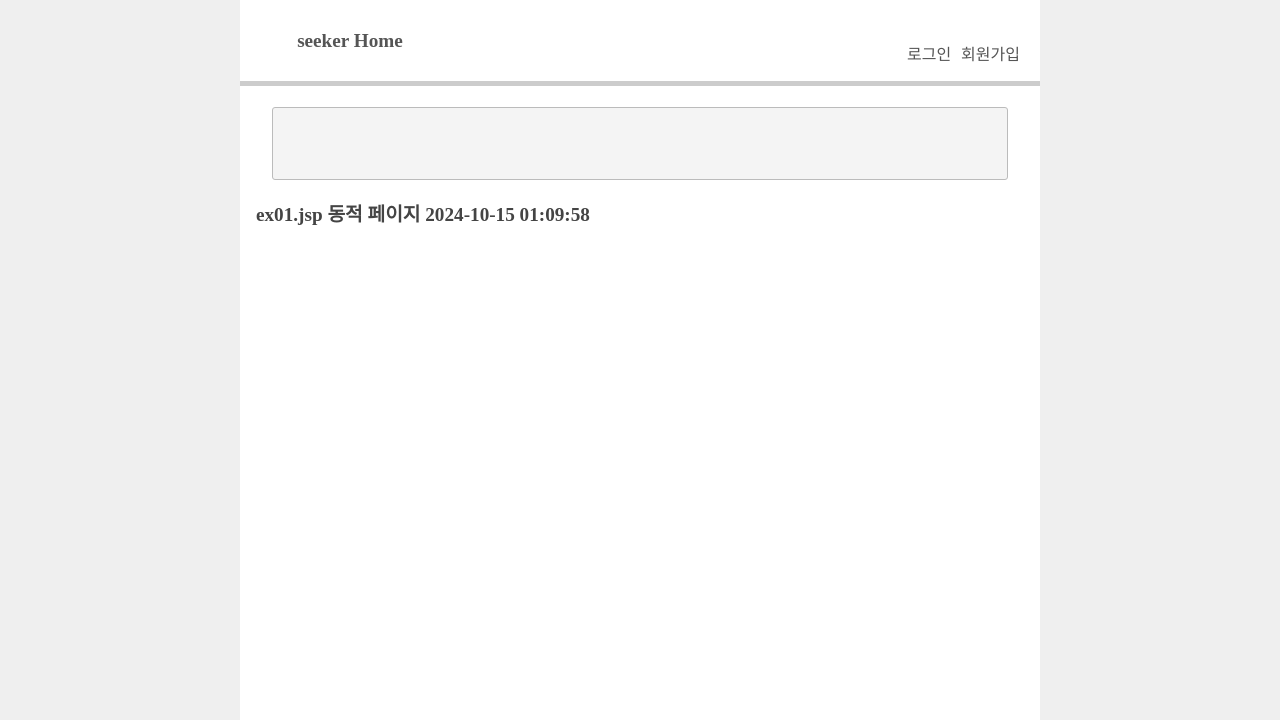
Repository: Seeker2250/JspTest
Page: http://localhost/jspPro/days01/ex01.jsp
An editor plug-in stored every save of this project. The page is shown before and after the next save, followed by the edit.
The browser window is 1280 px wide. The pictures show the whole page.
Some web fonts or font styles are not loaded; a fallback is used. The page is served by Tomcat 9. Other server files are loaded and not shown.

Above is the page before, as saved 2024-10-15 02:43:14.

### jspPro/src/main/webapp/days01/ex01.jsp
<%@page import="java.text.DateFormat"%>
<%@page import="java.text.SimpleDateFormat"%>
<%@page import="java.util.Date"%>
<%@ page language="java" contentType="text/html; charset=UTF-8"
    pageEncoding="UTF-8"%>
<%
	//scriptlet
	//java 코딩.

	String pattern = "yyyy-MM-dd hh:mm:ss";
	DateFormat dateFormat = new SimpleDateFormat(pattern);
	Date now = new Date();
	String strNow = dateFormat.format(now);
    //System.out.println("Date is " + strNow);
%>
<!DOCTYPE html>
<html>
<head>
<meta charset="UTF-8">
<title>Insert title here</title>
<link rel="shortcut icon" type="image/x-icon" href="http://localhost/jspPro/images/SiSt.ico">
<script src="https://ajax.googleapis.com/ajax/libs/jquery/3.7.1/jquery.min.js"></script>
<meta name="viewport" content="width=device-width, initial-scale=1.0">
<link rel="stylesheet" href="http://localhost/jspPro/resources/cdn-main/example.css">
<script src="http://localhost/jspPro/resources/cdn-main/example.js"></script>
<style>
 span.material-symbols-outlined{
    vertical-align: text-bottom;
 }
</style>
</head>
<body>
<header>
  <h1 class="main"><a href="#" style="position: absolute;top:30px;">seeker Home</a></h1>
  <ul>
    <li><a href="#">로그인</a></li>
    <li><a href="#">회원가입</a></li>
  </ul>
</header>
<div>
 <xmp class="code">

  </xmp>
  <h3>ex01.jsp 동적 페이지 <%= strNow %></h3>
</div>
</body>
</html>

### jspPro/src/main/webapp/resources/cdn-main/example.css
@charset "UTF-8";

@import url('https://fonts.googleapis.com/css2?family=Material+Symbols+Outlined:opsz,wght,FILL,GRAD@20..48,100..700,0..1,-50..200');

@font-face {
    font-family: 'GmarketSansMedium';
    src: url('https://cdn.jsdelivr.net/gh/projectnoonnu/noonfonts_2001@1.1/GmarketSansMedium.woff') format('woff');
    font-weight: normal;
    font-style: normal;
}

:root {
	--text-color: #555;
	--sub-text-color: #777;
	--back-color: #EFEFEF;
	--header-color: #444;
	--primary-color: #DEDEDE;
	--secondary-color: #EFEFEF;
	--default-width: 800px;
	--narrow-width: 500px;
	--wide-width: 1200px;
	--text-font: 'GmarketSansMedium';
	--icon-font: 'Material Symbols Outlined';
	--border-color: #CCC;
}

html, body {
	margin: 0;
	padding: 0;
}

html {
	background-color: var(--back-color);
	display: flex;
	justify-content: center;
	min-height: 100vh;
}

body, body.default {
	width: var(--default-width);
	background-color: white;
	padding-bottom: 120px;
}

body.wide {
	width: var(--wide-width);
}

body.narrow {
	width: var(--narrow-width);
}



body, p, div, span, a, input, select, option, textarea, button, table, th, td, label, fieldset, legend {
	font-family: var(--text-font);
	color: var(--text-color);
}

h1, h2, h3 {
	font-family: var(--text-font);
	color: var(--header-color);
	padding: 0 1rem;
	padding-top: .5rem;
}

div > h1, div > h2, div > h3 {
	padding: 0;
}

body > div, body > main > div {
	padding: 0.3rem 1rem;
}


h1 { font-size: 2rem; border-bottom: 1px solid var(--border-color); }
h1 small { font-size: 1.2rem; color: var(--sub-text-color); }
h2 { font-size: 1.5rem; border-bottom: 1px dashed var(--border-color); }
h2 small { font-size: 1.1rem; color: --sub-text-color; }
h3 { font-size: 1.2rem; }
h3 small { font-size: 1rem; color: --sub-text-color; }



h1.main::before {
	font-family: var(--icon-font);
  	content: '\e666';
  	margin-right: 10px;
  	float: left;
	font-size: 2.5rem;
}

h1.sub::before {
	font-family: var(--icon-font);
  	content: '\ea19';
  	margin-right: 10px;
  	float: left;
	font-size: 2.5rem;
}


h1.page::before {
	font-family: var(--icon-font);
  	content: '\e0e0';
  	margin-right: 10px;
  	float: left;
	font-size: 2.5rem;
}

body > header > ul > li > .active{
	background-color: #FFF;
	color:#F00;
}

body > header {
	display: flex;
	justify-content: space-between;
	border-bottom: 5px solid var(--border-color);
	min-height: 74px;
	background-color: #FFF;
}

body > header.sticky {
	position: sticky;
	top: 0;
	z-index: 98;
}

body > header > h1 {
	font-size: 1.2rem;
	border: 0;
}

body > header.in > h1::before {
	font-family: var(--icon-font);
  	content: '\e332‥';
  	margin-right: 3px;
  	float: left;
	font-size: 2rem;
}


body > header > ul {
	list-style-type: none;
	display: flex;
	align-items: flex-end;
	margin-right: 10px;
}

body > header > ul > li {
	margin-right: 10px;
	cursor: pointer;
}

body > header > ul > li > a {
	cursor: pointer;
}


form {
	display: block;
}

form > div {
	padding: 0.3rem 1rem;
}

div > form > div {
	padding: 0.3rem 0;
}

input, textarea, button, select {
	border: 1px solid #BBB;
	border-radius: 3px;
	outline: none;
	resize: none;
	padding: 7px;
	margin: 0;
}

input[type=text]:read-only, textarea:read-only {
	cursor: not-allowed;
	background-color: #FFF;
}

input[type=text]:disabled, textarea:disabled {
	cursor: not-allowed;
	background-color: #EEE;
}

input[type=text], input[type=password], textarea, button, select {
	/* width: 300px; */
}

textarea {
	display: block;
	height: 100px;
}

input[type=button], input[type=submit], button {
	/* width: inherit; */
}

input.short, textarea.short, button.short, select.short {
	width: 100px;
}

input.long, textarea.long, button.long, select.long {
	width: 350px;
}

.narrow input.long, .narrow textarea.long, .narrow button.long, .narrow select.long {
	width: calc(100% - 20px);
}

input.full, textarea.full, button.full, select.full {
	width: calc(100% - 20px);
}

textarea.short {
	height: 50px;
}

textarea.long {
	height: 100px;
}

textarea.full {
	height: 200px;
}

input, textarea {
	padding-top: 8px;
}

input[type=button], input[type=submit], button {
	padding: 5px 10px;
	background-color: var(--secondary-color);
	cursor: pointer;
	min-height: 36px;
}

input[type=button].primary, input[type=submit].primary, button.primary {
	/* background-color: rgba(100, 149, 237, .2); */
	background-color: var(--primary-color);
}

input[type=button].primary:hover, input[type=submit].primary:hover, button.primary:hover {
	/* background-color: rgba(100, 149, 237, .3); */
	background-color: var(--secondary-color);
}

input[type=button]:hover, input[type=submit]:hover, button:hover {
	background-color: var(--primary-color);
}

button {
	position: relative;
	left: 0;
	top: 0;
	padding-left: 35px;
}

button .material-symbols-outlined {
	position: absolute;
	left: 10px;
	top: 4px;
}

/* k2nik add */
button.login::before {
	font-family: var(--icon-font);
  	content: '\ea77';
	position: absolute;
	left: 11px;
	top: 4px;
	font-size: 1.25rem;
}

/* k2nik logout */
button.logout::before {
	font-family: var(--icon-font);
  	content: '\e9ba';
	position: absolute;
	left: 11px;
	top: 4px;
	font-size: 1.25rem;
}

/* k2nik help */
button.help::before {
	font-family: var(--icon-font);
  	content: '\f1c0';
	position: absolute;
	left: 11px;
	top: 4px;
	font-size: 1.25rem;
}

button.add::before{
	font-family: var(--icon-font);
  	content: '\e746';
	position: absolute;
	left: 11px;
	top: 4px;
	font-size: 1.25rem;
}

button.back::before {
	font-family: var(--icon-font);
  	content: '\e166';
	position: absolute;
	left: 11px;
	top: 4px;
	font-size: 1.25rem;
}

button.list::before {
	font-family: var(--icon-font);
  	content: '\e0ee';
	position: absolute;
	left: 11px;
	top: 4px;
	font-size: 1.25rem;
}


button.del::before {
	font-family: var(--icon-font);
  	content: '\e872';
	position: absolute;
	left: 11px;
	top: 4px;
	font-size: 1.25rem;
}


button.edit::before {
	font-family: var(--icon-font);
  	content: '\e745';
	position: absolute;
	left: 11px;
	top: 4px;
	font-size: 1.25rem;
}


button.login::before {
	font-family: var(--icon-font);
  	content: '\ea77';
	position: absolute;
	left: 11px;
	top: 4px;
	font-size: 1.25rem;
}


button.logout::before {
	font-family: var(--icon-font);
  	content: '\e9ba';
	position: absolute;
	left: 11px;
	top: 4px;
	font-size: 1.25rem;
}


button.in::before {
	font-family: var(--icon-font);
  	content: '\f71a';
	position: absolute;
	left: 11px;
	top: 4px;
	font-size: 1.25rem;
}


button.out::before {
	font-family: var(--icon-font);
  	content: '\f70e';
	position: absolute;
	left: 11px;
	top: 4px;
	font-size: 1.25rem;
}


button.reply::before {
	font-family: var(--icon-font);
  	content: '\e15e';
	position: absolute;
	left: 11px;
	top: 4px;
	font-size: 1.25rem;
}


button.comment::before {
	font-family: var(--icon-font);
  	content: '\e0b9';
	position: absolute;
	left: 11px;
	top: 4px;
	font-size: 1.25rem;
}


button.modal::before {
	font-family: var(--icon-font);
  	content: '\e89e';
	position: absolute;
	left: 11px;
	top: 4px;
	font-size: 1.25rem;
}


button.ok::before {
	font-family: var(--icon-font);
  	content: '\e86c';
	position: absolute;
	left: 11px;
	top: 4px;
	font-size: 1.25rem;
}


button.cancel::before {
	font-family: var(--icon-font);
  	content: '\e5c9';
	position: absolute;
	left: 11px;
	top: 4px;
	font-size: 1.25rem;
}

button.search::before {
	font-family: var(--icon-font);
  	content: '\e8b6';
	position: absolute;
	left: 11px;
	top: 4px;
	font-size: 1.25rem;
}

button.home::before {
	font-family: var(--icon-font);
  	content: '\e88a';
	position: absolute;
	left: 11px;
	top: 4px;
	font-size: 1.25rem;
}


button.sidebar::before {
	font-family: var(--icon-font);
  	content: '\f7e4';
	position: absolute;
	left: 11px;
	top: 4px;
	font-size: 1.25rem;
}


button.sidebar-right::before {
	font-family: var(--icon-font);
  	content: '\f7e5';
	position: absolute;
	left: 11px;
	top: 4px;
	font-size: 1.25rem;
}




button::before {
	font-family: var(--icon-font);
  	content: '\e323';
	position: absolute;
	left: 11px;
	top: 4px;
	font-size: 1.25rem;
}


table {
	border-collapse: collapse;
	margin: 1rem;
	box-sizing: border-box;
	width: calc(100% - 32px);
}

table.content {
	width: auto;
}

div > table {
	margin: 0;
}

table th, table td {
	border: 1px solid var(--border-color);
	padding: 7px;
	font-weight: normal;
}

table th {
	background-color: var(--back-color);
}

table.vertical th {
	width: 150px;
}

table.vertical td {
	width: calc(100% - 182px);
	padding-left: 10px;
}

table.content td, table.content th {
	width: auto;
}

body.narrow table.vertical th {
	width: 100px;
}

body.narrow table.vertical td {
	width: calc(100% - 182px);
}


table + table {
	margin-top: 30px;
}


p {
	padding: 0 1rem;
}

a {
	text-decoration: none;
}

a:hover {
	color: rgba(255, 99, 71, .7);
}

hr {
	border: 0;
	border-top: 1px solid var(--border-color);
	margin: 2rem 0;
}

.message {
	border: 1px solid var(--border-color);
	background-color: #EFEFEF;
	margin: 1rem;
	width: auto;
	padding-top: 10px;
	padding-bottom: 10px;
	font-size: 14px;
}

.message[title]::before {
	content: attr(title);
	display: block;
	border-bottom: 1px solid var(--border-color);
	padding-bottom: 5px;
	margin-bottom: 10px;
	margin-top: 7px;
}

.message.short {
	max-width: 250px;
}

.message.long {
	max-width: 500px;
}

.badge {
	float: right;
	font-size: .8rem;
	margin-top: 2px;
	margin-right: 2px;
	text-shadow: 0 0 7px gray;
}

.badge.left {
	float: none;
	margin-left: 2px;
}

.badge.right {
	float: right;
}

.badge.red {
	border-radius: 50%;
	padding: 2px 5px;
	background-color: rgb(255, 99, 71, .3);
}

.badge.yellow {

	border-radius: 50%;
	padding: 2px 5px;
	background-color: rgb(255, 215, 0, .5);
}

.badge.blue {
	border-radius: 50%;
	padding: 2px 5px;
	background-color: rgb(100, 149, 237, .3);
}

label + label {
	margin-left: 7px;
}

label input[type=checkbox], label input[type=radio] {
	transform: translate(0, 1px);
}

.group {
	display: flex;
}

.modal-content .group {
	margin-bottom: .5rem;
}

.group label {
	border: 1px solid #BBB;
	border-radius: 3px;
	outline: none;
	resize: none;
	padding: 7px 14px;
	margin: 0;
	border-top-right-radius: 0;
	border-bottom-right-radius: 0;
	background-color: #EFEFEF;
	white-space: nowrap;
	font-size: 14px;
}

.group input[type=text] {
	margin-left: -1px;
	border-top-left-radius: 0;
	border-bottom-left-radius: 0;
}

.group select {
	margin-left: -1px;
	border-top-left-radius: 0;
	border-bottom-left-radius: 0;
}

.group input.full[type=text] {
	margin-left: -1px;
	border-top-left-radius: 0;
	border-bottom-left-radius: 0;
	width: 100%;
}

.group input[type=button]:first-child, .group button:first-child {
	border-top-left-radius: 3px;
	border-bottom-left-radius: 3px;
	margin-left: 0px;
}

.group input[type=button], .group button {
	border-radius: 0;
	margin-left: -1px;
}

.group input[type=button]:last-child, .group button:last-child {
	margin-left: -1px;
	border-top-right-radius: 3px;
	border-bottom-right-radius: 3px;
}

.seperate {
	display: flex;
	justify-content: space-between;
}

div.list {
	width: max-content;
	margin: 1rem;
	border: 1px solid #BBB;
	border-radius: 3px;
	padding: 0;
}

div.list.full {
	width: auto;
	display: block;
	margin: 1rem;
	border: 1px solid #BBB;
	border-radius: 3px;
	padding: 0;
}

div.list > div {
	padding: .5rem 1rem;
	margin: 0;
	border-bottom: 1px solid #BBB;
}

div.list > div:last-child {
	border-bottom: 0;
}

pre.code , xmp.code{
	font-family: consols;
	background-color: rgba(150, 150, 150, .1);
	border: 1px solid #BBB;
	border-radius: 3px;
	padding: .5rem 1rem;
	padding-bottom: .6rem;
	margin: 1rem;
}




*[data-modal-window] {
	position: fixed;
	background-color: rgba(0, 0, 0, .3);
	left: 0;
	top: 0;
	display: none;
	justify-content: center;
	align-items: flex-start;
	width: 100%;
	min-height: 100vh;
	z-index: 100;
	opacity: 0;
	transition: 500ms all;
}

*[data-modal-window] .modal-container {
	border-radius: 5px;
	padding: 1rem;
	padding-bottom: .5rem;
	margin-top: -500px;
	opacity: 0;
	width: 500px;
	background-color: #FFF;
	margin-right: 2rem;
	transition: 500ms all;
}

*[data-modal-size=content] .modal-container {
	width: auto;
}

*[data-modal-size=narrow] .modal-container {
	width: 300px;
}

*[data-modal-size=wide] .modal-container {
	width: 760px;
}


*[data-modal-window] .modal-header {
	border-bottom: 1px solid var(--border-color);
	padding: 2px 5px;
}

*[data-modal-window] .modal-content {
	padding: 1rem 5px;
}

*[data-modal-window] .modal-content div:last-child {
	margin-top: 1rem;
	text-align: right;
}



*[data-sidebar-window] {
	position: fixed;
	background-color: #FFF;
	left: 0;
	top: 0;
	display: block;
	width: 300px;
	border-right: 1px solid var(--border-color);
	box-sizing: border-box;
	box-shadow: 0 0 3px var(--back-color);
	min-height: 100vh;
	z-index: 99;
	transform: translate(-300px, 0);
	transition-duration: 500ms;
	transition-property: transform;
}

*[data-sidebar-direction=right] {
	left: auto;
	right: 0;
	transform: translate(300px, 0);
	border-left: 1px solid var(--border-color);
}

*[data-sidebar-size=wide] {
	width: 500px;
	transform: translate(-500px, 0);
}

*[data-sidebar-window] .sidebar-title {
	border-bottom: 1px solid var(--border-color);
	margin-top: 20px;
	margin-bottom: 20px;
	padding-bottom: 5px;
	display: flex;
	justify-content: space-between;
}

*[data-sidebar-window] .sidebar-title span:last-child {
	cursor: pointer;
}


/* K2Nik pagination */
.center {
  text-align: center;
}

.pagination {
  display: inline-block;
}

.pagination a {
  color: black;
  float: left;
  padding: 3px 6px;
  text-decoration: none;
  transition: background-color .3s;
  border: 1px solid #ddd;
  margin: 0 3px;
}

.pagination a.active {
  background-color: #4CAF50;
  color: white;
  border: 1px solid #4CAF50;
}

.pagination a:hover:not(.active) {background-color: #ddd;}

### jspPro/src/main/webapp/resources/cdn-main/example.js

window.onload = () => {

    const list = document.querySelectorAll('input, textarea');

    list.forEach(item => {
        item.setAttribute('autocomplete', 'off');
    });


    const modal_btn_list = document.querySelectorAll('*[data-modal-button]');

    modal_btn_list.forEach(item => {
        item.onclick = function() {

            const name = this.dataset['modalButton'];
            const modal_window = document.querySelector('*[data-modal-window=' + name);

            const container = document.createElement('div');
            container.className = 'modal-container';



            const modal_header = document.createElement('div');
            modal_header.textContent = modal_window.dataset['modalTitle'];
            modal_header.className = 'modal-header';
            container.appendChild(modal_header);

            const modal_content = document.createElement('div');
            modal_content.className = 'modal-content';
            container.appendChild(modal_content);

            Array.from(modal_window.childNodes).forEach(item => {
                modal_content.appendChild(item);
            });

            modal_window.appendChild(container);

            modal_window.style.display = 'flex';

            setTimeout(() => {
                modal_window.style.opacity = 1;
                container.style.marginTop = '20px';
                container.style.opacity = 1;
            }, 50);


            const modal_ok = document.querySelector('*[data-modal-ok=' + name);
            modal_ok.addEventListener('click', function() {
                modal_window.style.opacity = 0;
                container.style.marginTop = '-500px';
                container.style.opacity = 0;

                setTimeout(() => {
                    modal_window.innerHTML = modal_content.innerHTML;
                    modal_window.style.display = 'none';
                }, 500);

            });

            const modal_cancel = document.querySelector('*[data-modal-cancel=' + name);
            modal_cancel.addEventListener('click', function() {

                modal_window.style.opacity = 0;
                container.style.marginTop = '-500px';
                container.style.opacity = 0;

                setTimeout(() => {
                    modal_window.innerHTML = modal_content.innerHTML;
                    modal_window.style.display = 'none';
                }, 500);
            });


        };
    });


    const sidebar_btn_list = document.querySelectorAll('*[data-sidebar-button]');

    sidebar_btn_list.forEach(item => {
        item.onclick = function() {



            const name = this.dataset['sidebarButton'];
            const sidebar_window = document.querySelector('*[data-sidebar-window=' + name);

            if (sidebar_window.style.transform == 'translate(0px, 0px)') return;



            sidebar_window.style.transform = 'translate(0, 0)';

            const sidebar_title = document.createElement('div');
            sidebar_title.className = 'sidebar-title';
            sidebar_title.innerHTML = '<span>' + sidebar_window.dataset['sidebarTitle'] + '</span><span class="material-symbols-outlined">close</span>';

            sidebar_title.children[1].onclick = function() {

                let sign = 1;
                let distance = 300;

                if (sidebar_window.dataset['sidebarDirection'] != 'right') {
                    sign = -1;
                } else {
                    sign = 1;
                }

                if (sidebar_window.dataset['sidebarSize'] != 'wide') {
                    distance = 300;
                } else {
                    distance = 500;
                }

                distance *= sign;

                sidebar_window.style.transform = 'translate(' + distance + 'px, 0)';

                setTimeout(function() {
                    sidebar_window.removeChild(sidebar_window.children[0]);
                }, 500);
            };


            sidebar_window.prepend(sidebar_title);

        }
    });

};

// window.onkeydown = function(event) {

//     if (event.keyCode == 27) {
//         if (document.querySelector('[data-modal-window').style.display == 'flex') {
//             document.querySelector('[data-modal-window').style.display = 'none';
//         }
//     }

// };

After the next save:
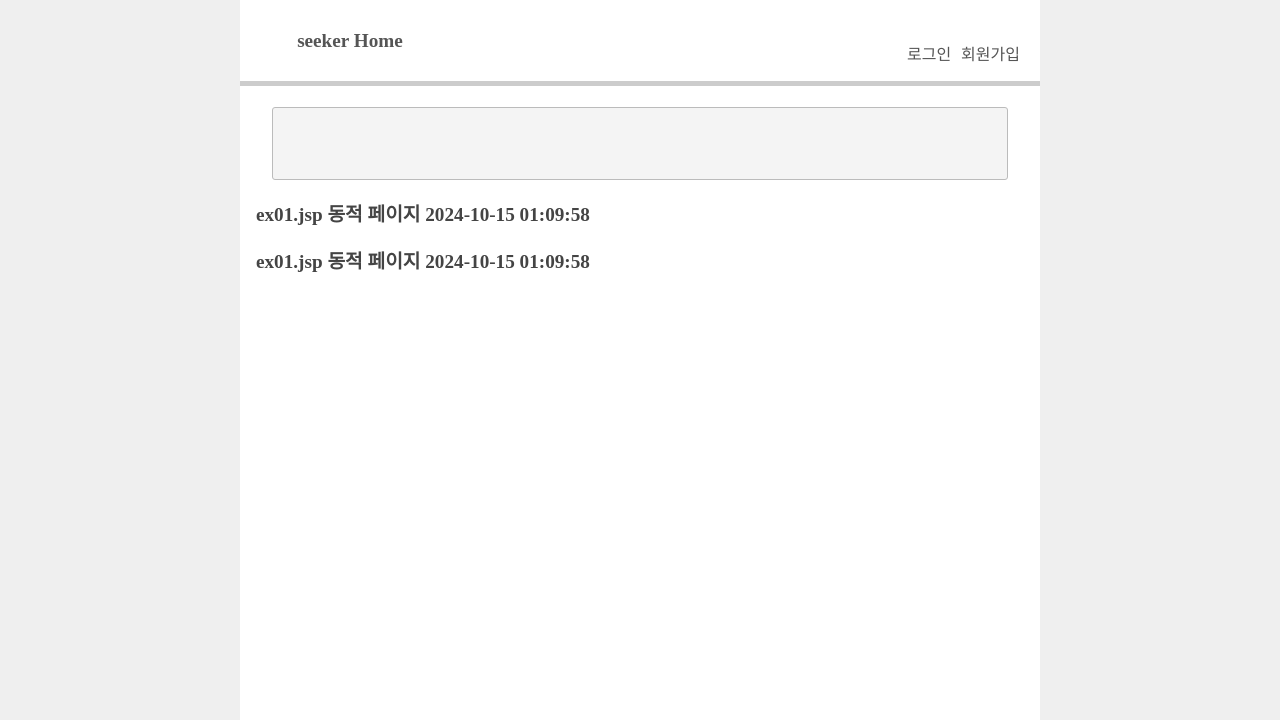
Saved 8 min 34 s later.
--- a/jspPro/src/main/webapp/days01/ex01.jsp
+++ b/jspPro/src/main/webapp/days01/ex01.jsp
@@ -41,7 +41,8 @@
  <xmp class="code">
 
   </xmp>
-  <h3>ex01.jsp 동적 페이지 <%= strNow %></h3>
+  <h3>ex01.jsp 동적 페이지 <%= strNow %></h3><!-- 이건 expression -->
+  <h3>ex01.jsp 동적 페이지 <% out.println(strNow); %></h3><!-- 이건 scriptlet -->
 </div>
 </body>
 </html>
